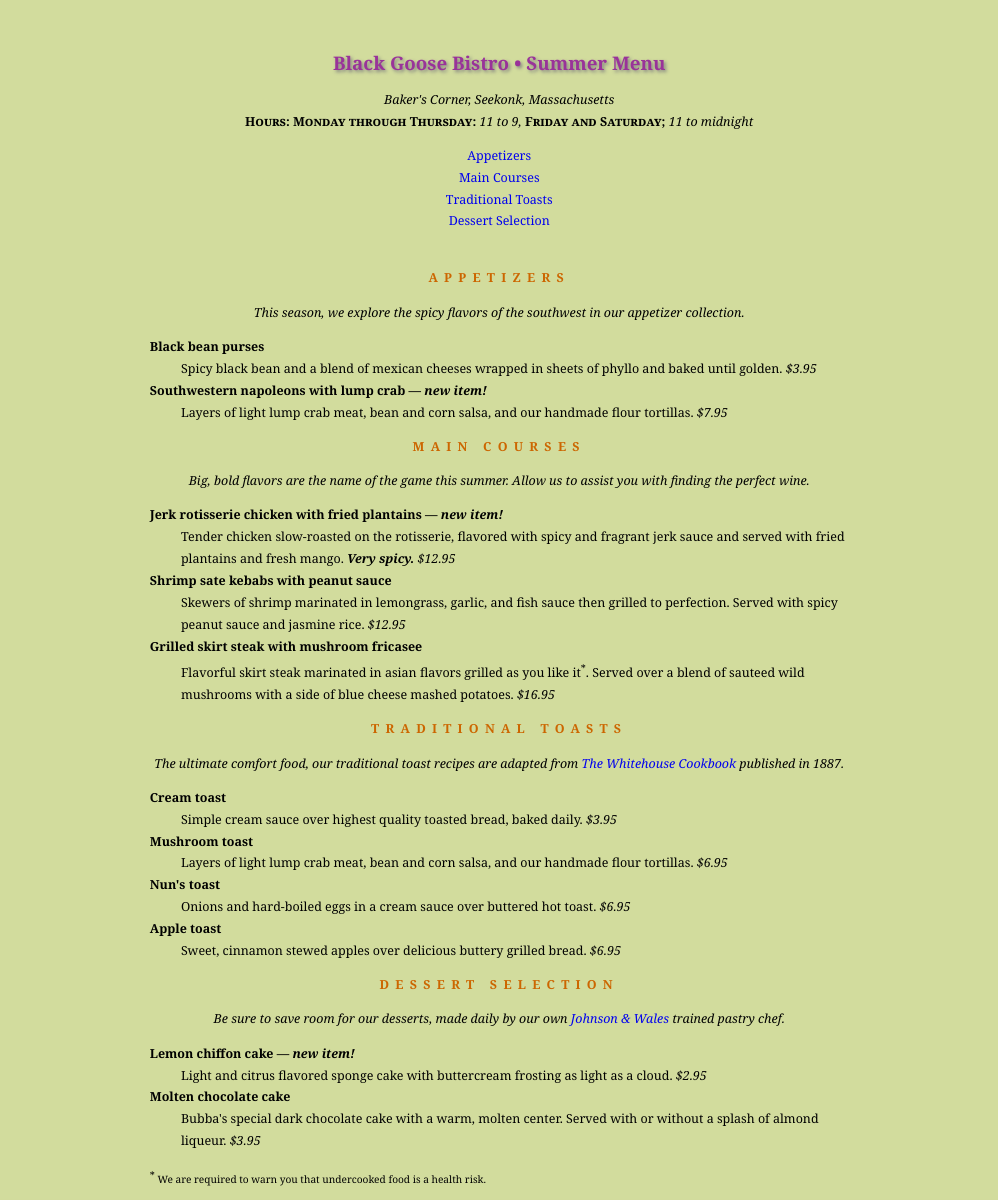
Repository: Lithium87/WebDesign
Page: Bistro/bistro.html
The author's editor kept a copy of each file at every save. The page is drawn from the files as they stood at one save, then again after the next save.
The browser window is 1280 px wide. The pictures show the whole page, at 78% of full size.
Some web fonts or font styles are not loaded; a fallback is used.

Above is the page before, as saved 2020-04-14 12:24:24.

After the next save:
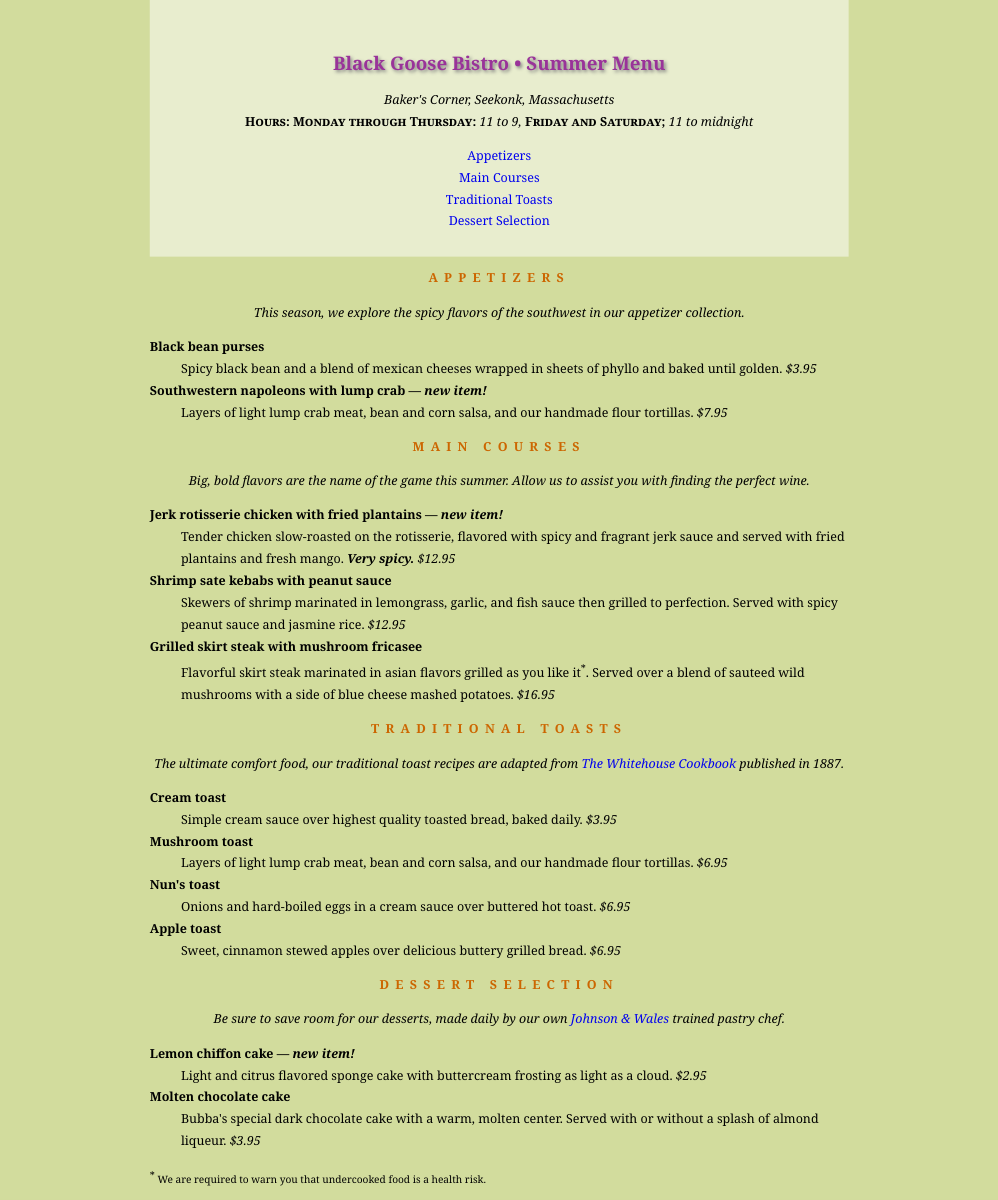
Saved 2 min 0 s later.
--- a/Bistro/bistro.html
+++ b/Bistro/bistro.html
@@ -18,6 +18,7 @@
             margin-top: 0;
             padding: 3em 1em 2em 1em;
             text-align: center;
+            background-color: rgba(255, 255, 255, 0.5);
         }
 
         a {
